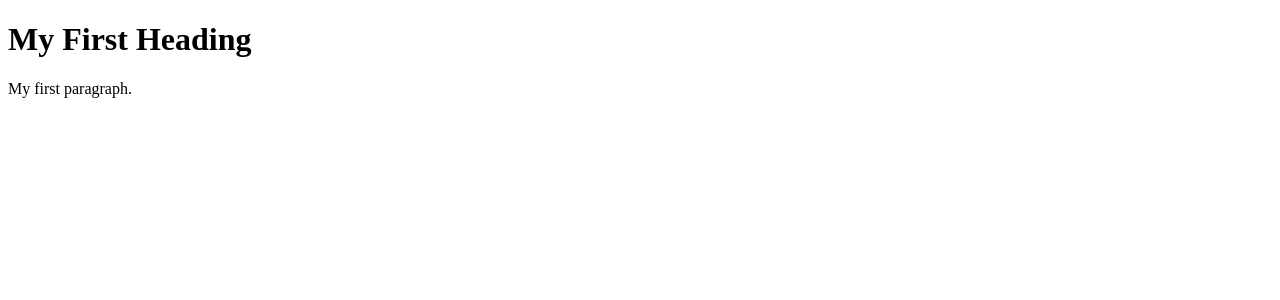
Repository: meganclapinski/meganclapinski.github.io
Page: index.html
The author's editor kept a record of every edit. The page is drawn from the files as they stood at one moment, then again after the next edit.
The browser window is 1280 px wide. The pictures show the whole page.

Above is the page before.

After the next edit:
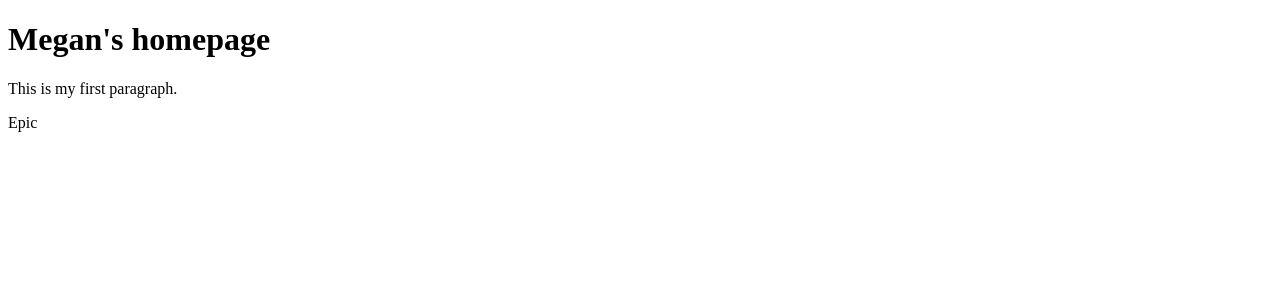
The edit:
--- a/index.html
+++ b/index.html
@@ -5,8 +5,9 @@
 </head>
 <body>
 
-    <h1>My First Heading</h1>
-    <p>My first paragraph.</p>
+    <h1>Megan's homepage</h1>
+    <p>This is my first paragraph.</p>
+    <p>Epic</p>
 
 </body>
 </html>
